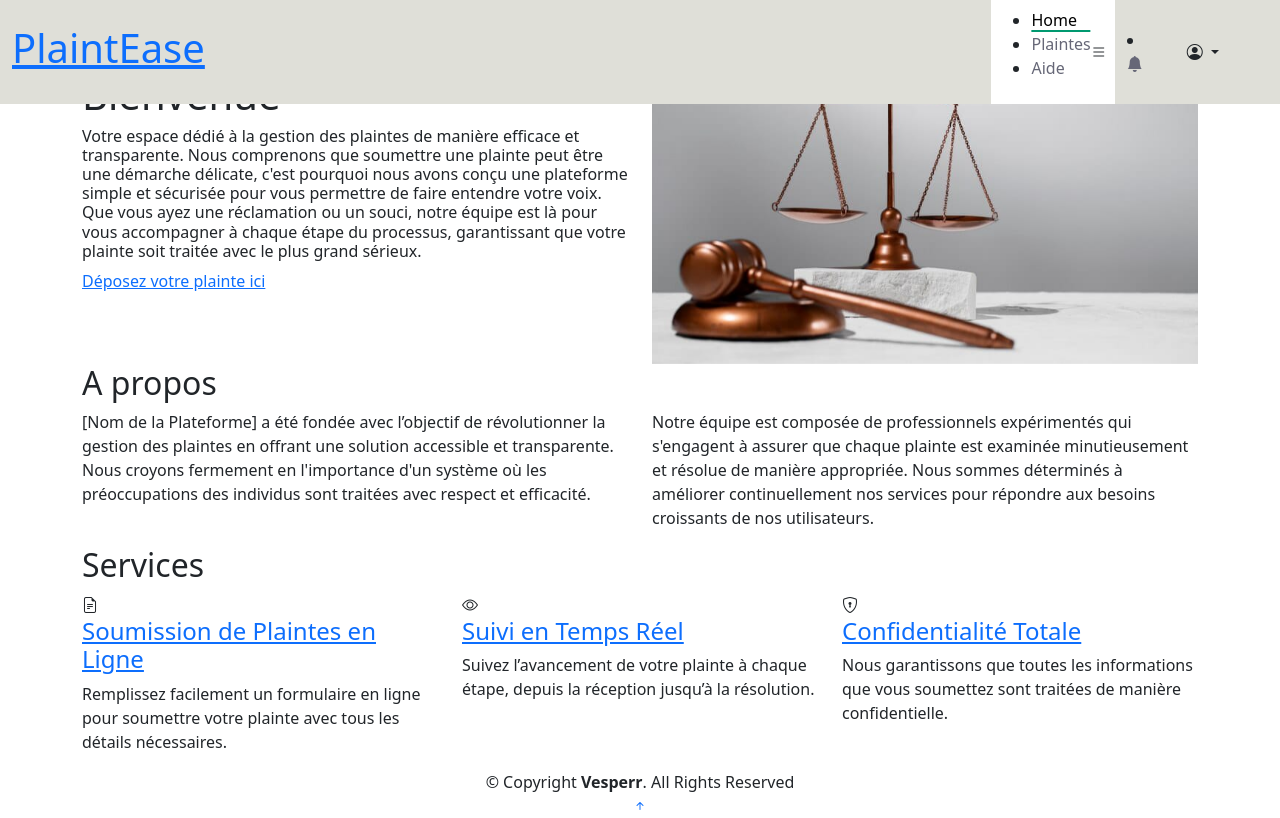
Repository: Senare1/PlaintEasy
Page: http://localhost/complaints/
An editor plug-in stored every save of this project. The page is shown before and after the next save, followed by the edit.
The browser window is 1280 px wide. The pictures show the whole page.
Some web libraries are served in a nearby version. The page is served by the project's application, run on Django 4.2 (manage.py).

Above is the page before, as saved 2024-08-04 00:34:01.
Console error: ReferenceError: Swiper is not defined

After the next save:
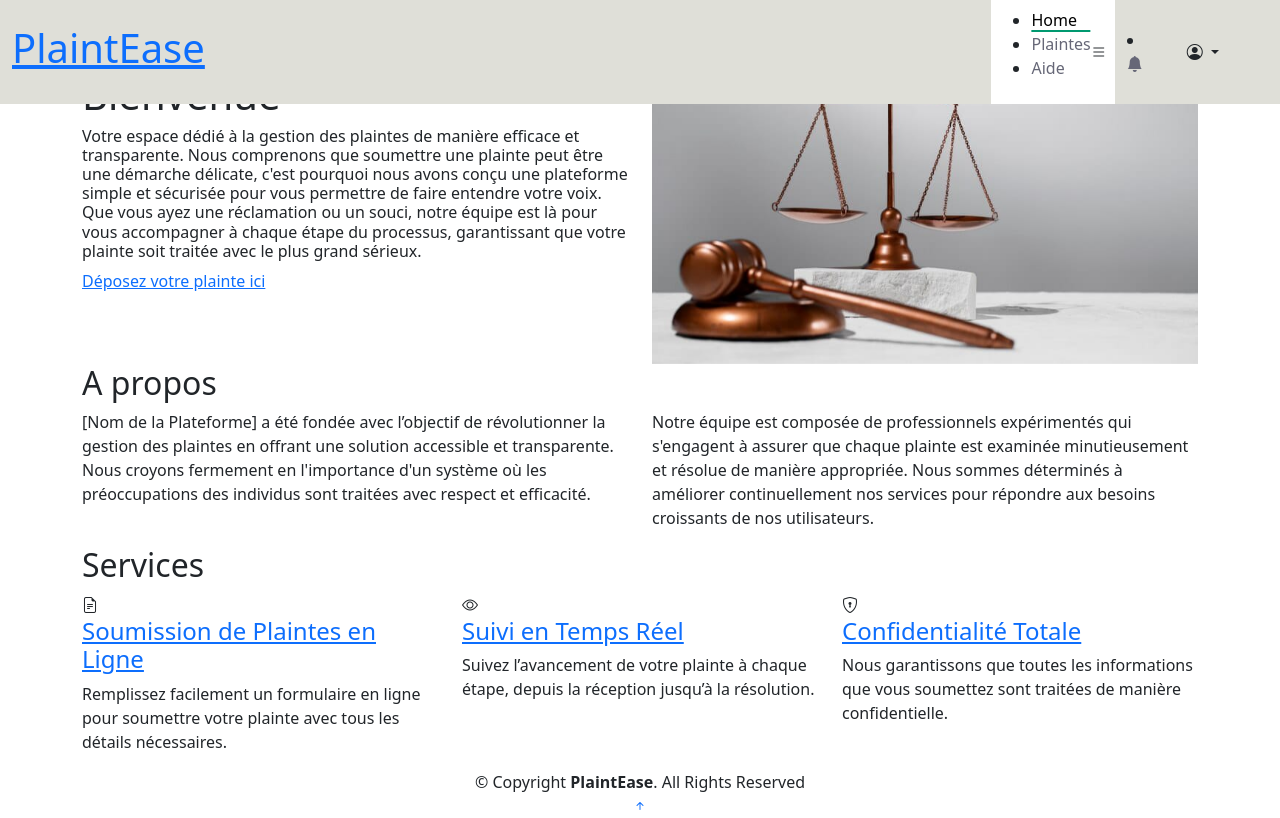
Saved 81 s later.
--- a/complaints/templates/complaints/index.html
+++ b/complaints/templates/complaints/index.html
@@ -179,7 +179,7 @@
       <div class="row d-flex align-items-center">
         <div class="col-lg-12 text-lg-left text-center">
           <div class="copyright">
-            &copy; Copyright <strong>Vesperr</strong>. All Rights Reserved
+            &copy; Copyright <strong>PlaintEase</strong>. All Rights Reserved
           </div>
         </div>
 
